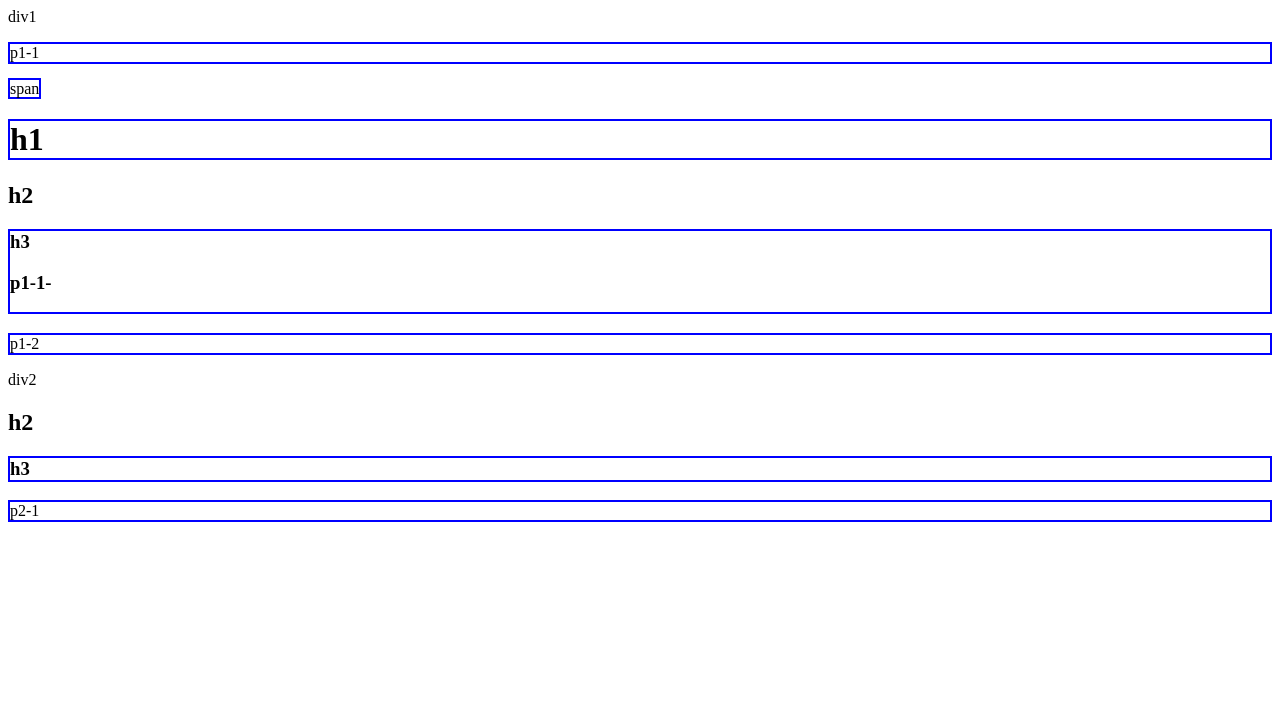
Repository: Jooheehan-kopo/web-workspace
Page: Lecture-web/WebContent/Jquery/exam18(siblings).html
An editor plug-in stored every save of this project. The page is shown before and after the next save, followed by the edit.
The browser window is 1280 px wide. The pictures show the whole page.

Above is the page before, as saved 2021-06-18 00:59:40.

### Lecture-web/WebContent/Jquery/exam18(siblings).html
<!DOCTYPE html>
<html>
<head>
<meta charset="UTF-8">
<title>Insert title here</title>
<style>
body* {
	display: block;
	border: 2px solid red;
	padding: 10px;
	margin: 10px;
}
</style>
<script src="js/jquery-3.6.0.min.js"></script>
<script>
	$(document).ready(function() {
		$('h2').siblings().css('border', '2px solid blue')
	})
</script>
</head>
<body>
	<div>
		div1
		<p>p1-1</p>
		<span>span</span>
		<h1>h1</h1>
		<h2>h2</h2>
		<h3>
			h3
			<p>p1-1-</p>
		</h3>
		<p>p1-2</p>
	</div>
	<div>
		div2
		<h2>h2</h2>
		<h3>h3</h3>
		<p>p2-1</p>
	</div>
</body>
</html>

Loaded but not shown: Lecture-web/WebContent/Jquery/js/jquery-3.6.0.min.js (library)

After the next save:
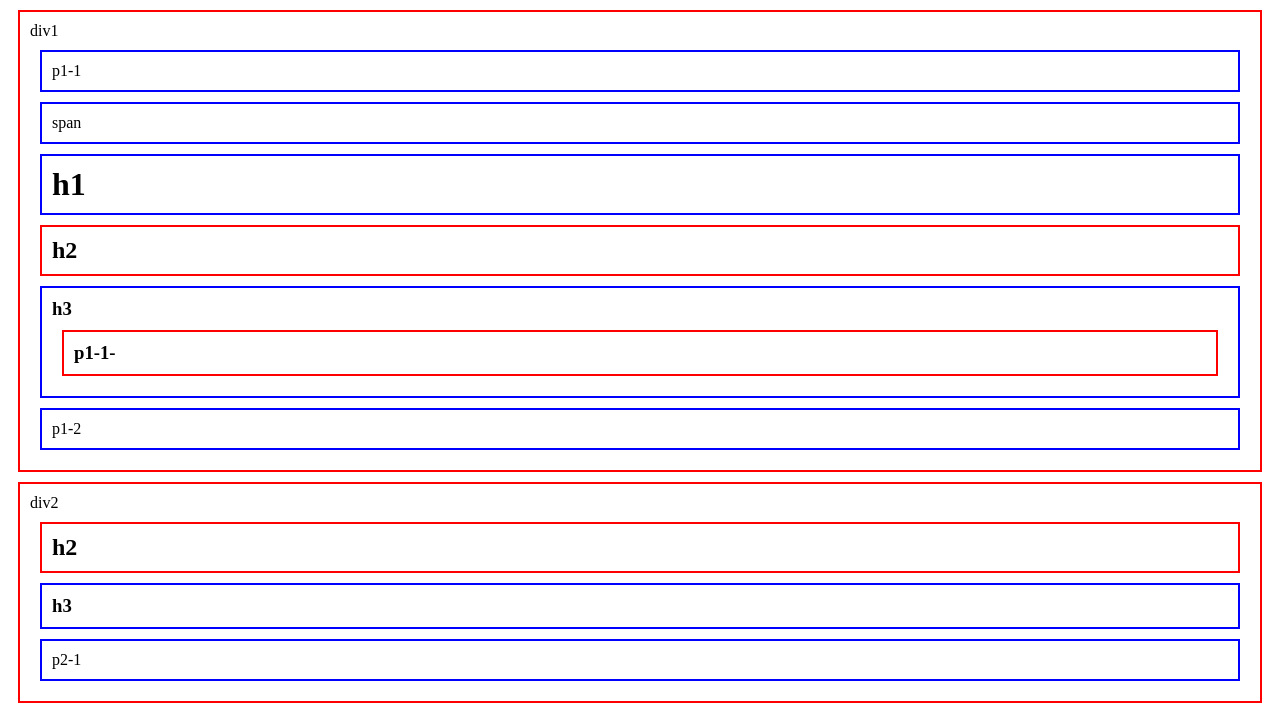
Saved 19 s later.
--- a/Lecture-web/WebContent/Jquery/exam18(siblings).html
+++ b/Lecture-web/WebContent/Jquery/exam18(siblings).html
@@ -4,12 +4,12 @@
 <meta charset="UTF-8">
 <title>Insert title here</title>
 <style>
-body* {
-	display: block;
-	border: 2px solid red;
-	padding: 10px;
-	margin: 10px;
-}
+	body * {
+		display: block;
+		border: 2px solid red;
+		padding: 10px;
+		margin: 10px;
+	}
 </style>
 <script src="js/jquery-3.6.0.min.js"></script>
 <script>
